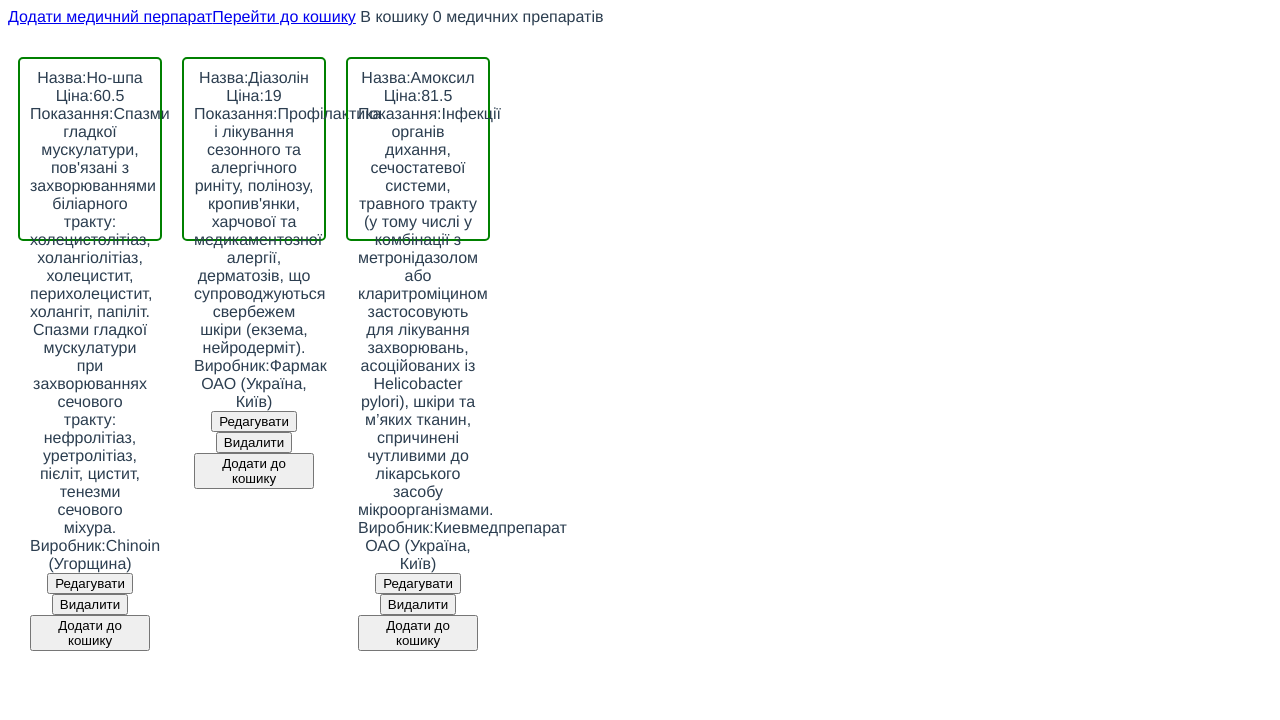
Repository: kristinap8/pharmacy
Page: /
An editor plug-in stored every save of this project. The page is shown before and after the next save, followed by the edit.
The browser window is 1280 px wide. The pictures show the whole page.
The project was rebuilt for these pictures with package versions that can differ from the ones it lists, and the page was loaded fresh each time. Also part of the build but not shown: src/components/AddMedicineForm/index.vue, src/pages/AddMedicine/index.vue, src/components/EditMedicineForm/index.vue, src/pages/EditMedicine/index.vue, src/components/CartForm/index.vue, src/pages/Cart/index.vue.

Above is the page before, as saved 2020-12-10 01:32:22.

### src/main.js
import Vue from 'vue'
import App from './App.vue'
import router from "./router"
import store from "./store"

Vue.config.productionTip = false

new Vue({
  store,
  router,
  render: h => h(App),
}).$mount('#app')

### src/App.vue
<template>
  <div id="app">
    <router-view/>
  </div>
</template>

<script>
export default {
  name: "App",
  components: {},
};
</script>

<style>
#app {
  font-family: Avenir, Helvetica, Arial, sans-serif;
  -webkit-font-smoothing: antialiased;
  -moz-osx-font-smoothing: grayscale;
  color: #2c3e50;
}
</style>

### src/router.js
import Vue from "vue";
import VueRouter from "vue-router";
import AddMedicine from "@/pages/AddMedicine";
import EditMedicine from "@/pages/EditMedicine";
import AllMedicines from "@/pages/AllMedicines";
import Cart from "@/pages/Cart";

Vue.use(VueRouter);

const routes=[
    {
        path:'/',
        name:'all-medicines',
        component:AllMedicines
    },
    {
        path:'/edit_medicine/:medicine_id',
        name:'edit-medicine',
        component:EditMedicine
    },
    {
        path:'/add_medicine',
        name:'add-medicine',
        component:AddMedicine
    },
    {
        path:'/cart',
        name:'cart',
        component:Cart
    },

]

const router=new VueRouter({
    mode:"history",
    routes
});

export default router;

### src/store/index.js
import Vue from "vue";
import Vuex from "vuex";
import { v4 as uuid_v4 } from 'uuid'

Vue.use(Vuex)
const store=new Vuex.Store({
    state:{
      medicinesList:[
          {
              id:1,
              name:'Но-шпа',
              price:60.5,
              requirements:"Спазми гладкої мускулатури, пов'язані з захворюваннями біліарного тракту: холецистолітіаз, холангіолітіаз, холецистит, перихолецистит, холангіт, папіліт. Спазми гладкої мускулатури при захворюваннях сечового тракту: нефролітіаз, уретролітіаз, пієліт, цистит, тенезми сечового міхура.",
              maker:"Chinoin (Угорщина)"

          },
          {
            id:2,
            name:"Діазолін",
            price:19,
            requirements:"Профілактика і лікування сезонного та алергічного риніту, полінозу, кропив'янки, харчової та медикаментозної алергії, дерматозів, що супроводжуються свербежем шкіри (екзема, нейродерміт).",
            maker:"Фармак ОАО (Україна, Київ)"

        },
        {
            id:3,
            name:"Амоксил",
            price:81.5,
            requirements:"Інфекції органів дихання, сечостатевої системи, травного тракту (у тому числі у комбінації з метронідазолом або кларитроміцином застосовують для лікування захворювань, асоційованих із Helicobacter pylori), шкіри та м’яких тканин, спричинені чутливими до лікарського засобу мікроорганізмами.",
            maker:"Киевмедпрепарат ОАО (Україна, Київ)"

        }
      ],
      cart:[],
      cartItemsCount:0
    },
    mutations:{
        addMedicine(state, data) {
            state.medicinesList.push({
             id: uuid_v4(),
             ...data,
           })
         },
         deleteMedicine(state,id){
             let medicines=state.medicinesList.filter(medicine=>medicine.id!=id)
             state.medicinesList=medicines;
         },
         editMedicine(state,medicine){
             state.medicinesList.forEach(m=>{
                 if(m.id==medicine.id){
                     m=medicine;
                 }
             } )
         },
         addToCart(state,medicine){
            let isMedicineExists=state.cart.find(m => m.id == medicine.id);

            if (isMedicineExists) {
                isMedicineExists.quantity ++;
                isMedicineExists.totalPrice = (isMedicineExists.quantity * isMedicineExists.price).toFixed(2);
            } else {
                state.cart.push(medicine);

                Vue.set(medicine, 'quantity', 1);
                Vue.set(medicine, 'totalPrice', medicine.price);
            }
             state.cartItemsCount++
         },
         deleteItemFromCart(state,medicine){
            let index = state.cart.indexOf(medicine);
            if (index > -1) {
                let item= state.cart[index];
                if(item.quantity>1)
                {
                    state.cartItemsCount--;
                    item.quantity--;
                    item.totalPrice-=item.price;
                }
                else{
                    state.cartItemsCount -= item.quantity;
                    state.cart.splice(index, 1);
                }

            }
         }
    },
    actions:{
        addMedicine({ commit }, medicine) {
            commit('addMedicine', medicine)
         },
          deleteMedicine({commit},id){
              commit('deleteMedicine',id)
          },
          editMedicine({commit},medicine){
              commit('editMedicine',medicine)
          },
          addToCart({commit},medicine){
              commit('addToCart',medicine)
          },
          deleteItemFromCart({commit},medicine){
              commit("deleteItemFromCart",medicine)
          }

    },
    getters:{
        getMedicines:(state)=> state.medicinesList,
        getMedicineById:(state)=>(id)=>{return state.medicinesList.find(m=>m.id===id)},
        getMedicinesInCart:(state)=>state.cart,
     },
    modules:{

    }
})

export default store

### src/pages/AllMedicines/index.vue
<template>
    <div>
        <router-link to="/add_medicine">Додати медичний перпарат</router-link>
        <router-link to="/cart">Перейти до кошику</router-link>
        В кошику {{this.$store.state.cartItemsCount}} медичних препаратів
     <medicines-list/>
    </div>
</template>

<script>

import MedicinesList from "../../components/MedicinesList"
    export default {
        name:"AllMedicine",
        components: {
            MedicinesList,
        },

    }
</script>

<style lang="scss" scoped>

</style>

### src/components/MedicinesList/index.vue
<template>
    <div>
        <h1></h1>
     <div class="list-container">
    <medicine-card
    v-for="medicine in getMedicines"
    :key="medicine.id"
    :id="medicine.id"
    :name="medicine.name"
    :price="medicine.price"
    :requirements="medicine.requirements"
    :maker="medicine.maker"
    />
     </div>
    </div>
</template>

<script>
import { mapGetters } from 'vuex'
import MedicineCard from "./MedicineCard"
    export default {
        name:"MedicinesList",
        components: {
       MedicineCard,
        },
        computed: {
            ...mapGetters(['getMedicines']),
        },
    }
//var sortByName = function (d1, d2) {return (d1.name.toLowerCase() > d2.name.toLowerCase()) ? 1 : -1;};
//var sortByPrice = function (d1, d2) { return (d1.price > d2.price) ? 1 : -1; };
</script>

<style lang="scss" scoped>
  .list-container{
      display: flex;
  }
</style>

### src/components/MedicinesList/MedicineCard/index.vue
<template>
    <div class="card-container">
    <div>Назва:{{name}}</div>
    <div>Ціна:{{price}}</div>
    <div>Показання:{{requirements}}</div>
    <div>Виробник:{{maker}}</div>
    <button @click="onEditMedicine">Редагувати</button>
    <button @click="onDeleteMedicine(id)">Видалити</button>
    <button @click="onAddToCart({id,name,price,requirements,maker})">Додати до кошику</button>
    </div>
</template>

<script>
import { mapActions } from 'vuex'
  export default {
        name:"MedicineCard",
        props: {
            id: {
                type: [String,Number],
                required:true,
            },
            name: {
                type: String,
                default:"Назва препарату не вказана"
            },
            price:{
                type:[String,Number],
                default:0
            },
            requirements:{
                type:String,
                default:"Показань до застосування не вказано"
            },
            maker:{
                type:String,
                default:"Виробника не вказано"
            }

        },
        methods: {
            onDeleteMedicine(id) {
                this.$store.dispatch("deleteMedicine",id)
             },
            onEditMedicine(){
                this.$router.push({
                    name:'edit-medicine',
                    params:{medicine_id:this.id}
                })
            },
            ...mapActions(['addToCart']),
            onAddToCart(item){
                this.$store.dispatch('addToCart',item)
            }
        },
    }
</script>

<style lang="scss" scoped>
.card-container{
  width: 120px;
  height: 160px;
  border: 2px solid green;
  border-radius: 5px;
  padding: 10px;
  margin: 10px;
  text-align: center;
}
</style>

Loaded but not shown: public/index.html (common file)

After the next save:
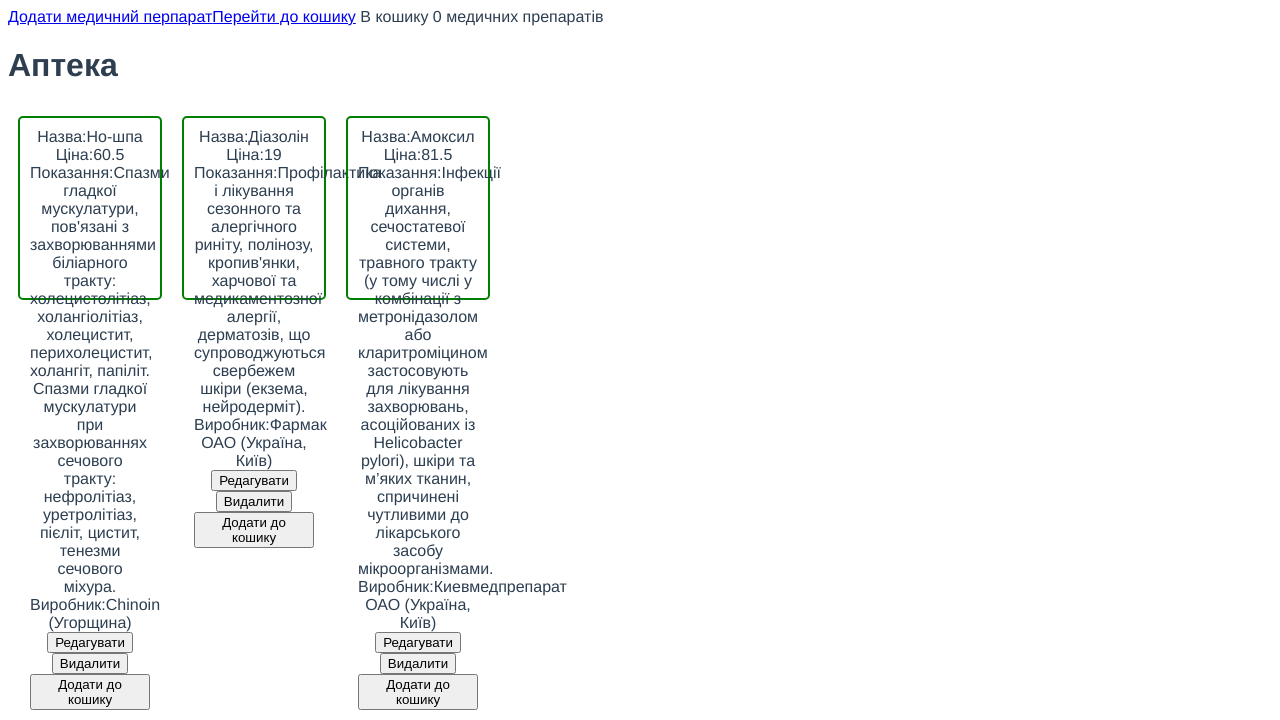
Saved 30 s later.
--- a/src/components/MedicinesList/index.vue
+++ b/src/components/MedicinesList/index.vue
@@ -1,6 +1,6 @@
 <template>
     <div>
-        <h1></h1>
+        <h1 class="header">Аптека</h1>
      <div class="list-container">
     <medicine-card
     v-for="medicine in getMedicines"
